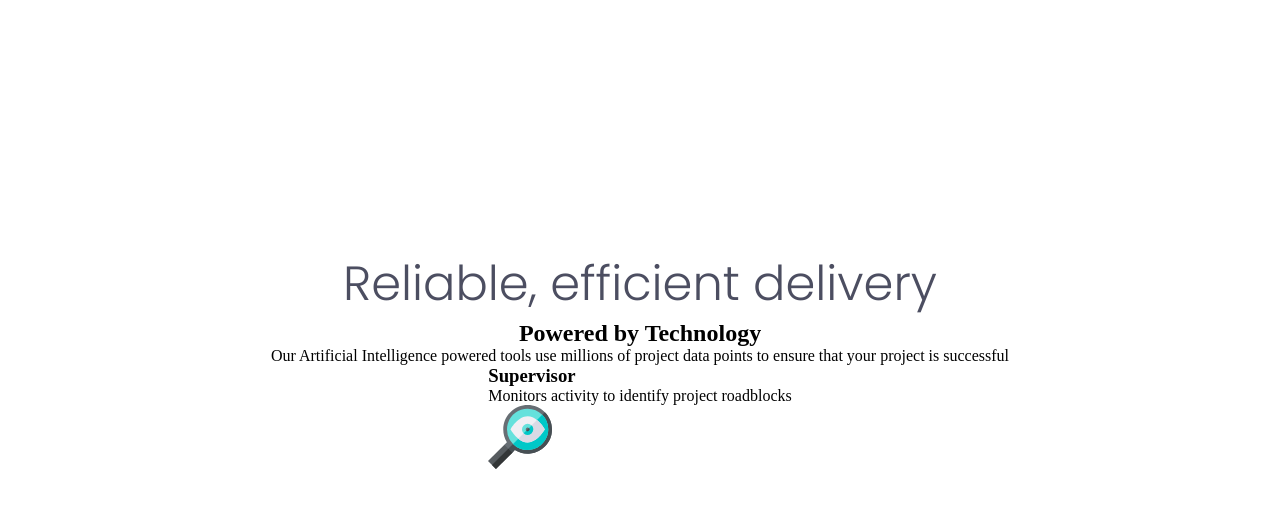
Repository: brandontaylor1/four-card-feature
Page: index.html
These files come from the project's save history. The page is drawn as it stood at one moment and after the next save; the edit follows.
The browser window is 1280 px wide. The pictures show the whole page.

Above is the page before, as saved 2025-01-09 22:27:39.

After the next save:
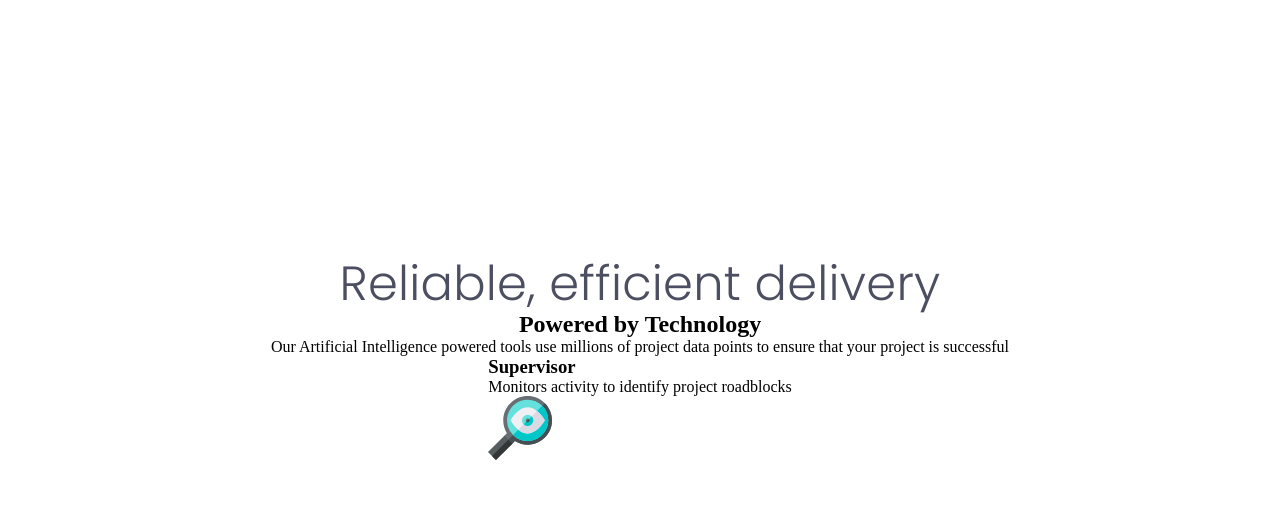
Saved 39 s later.
--- a/styles.css
+++ b/styles.css
@@ -33,5 +33,7 @@
     font-size: 3rem;
     font-family: "Poppins", sans-serif;
     font-weight: 300;
+    line-height: 54px;
+    letter-spacing: .25px;
     color: var(--secondary-dark-blue);
 }
